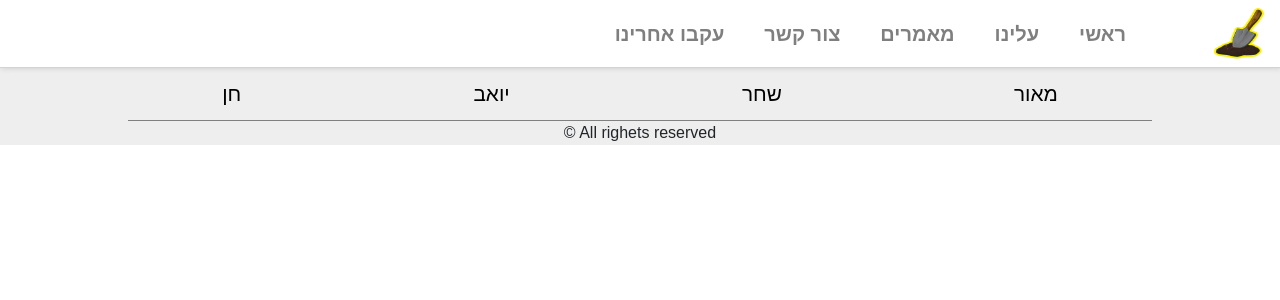
Repository: yoavBenZion/Blog-Zubi
Page: articlesPage.html
An editor plug-in stored every save of this project. The page is shown before and after the next save, followed by the edit.
The browser window is 1280 px wide. The pictures show the whole page.
Some web fonts or font styles are not loaded; a fallback is used. Some web libraries are served in a nearby version.

Above is the page before, as saved 2017-10-26 11:22:50.

### articlesPage.html
<!DOCTYPE html>
<html lang="he">

<head>
    <meta charset="UTF-8">
    <meta name="viewport" content="width=device-width, initial-scale=1,user-scalable=no;">
    <title>החופרים</title>
    <link rel="stylesheet" href="https://maxcdn.bootstrapcdn.com/bootstrap/4.0.0-beta/css/bootstrap.min.css" integrity="sha384-/Y6pD6FV/Vv2HJnA6t+vslU6fwYXjCFtcEpHbNJ0lyAFsXTsjBbfaDjzALeQsN6M"
        crossorigin="anonymous">
    <link rel="stylesheet" href="https://maxcdn.bootstrapcdn.com/bootstrap/4.0.0-beta.2/css/bootstrap.min.css" integrity="sha384-PsH8R72JQ3SOdhVi3uxftmaW6Vc51MKb0q5P2rRUpPvrszuE4W1povHYgTpBfshb"
        crossorigin="anonymous">

    <script src="https://code.jquery.com/jquery-3.2.1.slim.min.js" integrity="sha384-KJ3o2DKtIkvYIK3UENzmM7KCkRr/rE9/Qpg6aAZGJwFDMVNA/GpGFF93hXpG5KkN"
        crossorigin="anonymous"></script>
    <script src="https://cdnjs.cloudflare.com/ajax/libs/popper.js/1.12.3/umd/popper.min.js" integrity="sha384-vFJXuSJphROIrBnz7yo7oB41mKfc8JzQZiCq4NCceLEaO4IHwicKwpJf9c9IpFgh"
        crossorigin="anonymous"></script>
    <script src="https://maxcdn.bootstrapcdn.com/bootstrap/4.0.0-beta.2/js/bootstrap.min.js" integrity="sha384-alpBpkh1PFOepccYVYDB4do5UnbKysX5WZXm3XxPqe5iKTfUKjNkCk9SaVuEZflJ"
        crossorigin="anonymous"></script>
    <link rel="stylesheet" href="css/Gridrispon.css" type="text/css">
    <link rel="stylesheet" href="css/header.css" type="text/css">
    <link rel="stylesheet" href="css/PopupRispon.css">
    <link rel="stylesheet" href="css/footer.css">
</head>

<body dir="rtl">
    <header>

        <nav class="navbar navbar-expand-sm navbar-light bg-faded">
            <button class="navbar-toggler" type="button" data-toggle="collapse" data-target="#nav-content" aria-controls="nav-content"
                aria-expanded="false" aria-label="Toggle navigation">
                <span class="navbar-toggler-icon"></span>
            </button>
            <div class="logo">
                <img src="./img/shovel-575661_1280.png">
            </div>
            <!-- Brand -->
            <a class="navbar-brand" href="#"> </a>

            <!-- Links -->
            <div class="collapse navbar-collapse" id="nav-content">
                <ul class="navbar-nav">
                    <li class="nav-item">
                        <a class="nav-link" href="#1">ראשי</a>
                    </li>
                    <li class="nav-item">
                        <a class="nav-link" href="#2">עלינו</a>
                    </li>
                    <li class="nav-item">
                        <a class="nav-link" href="#5">מאמרים</a>
                    </li>
                    <li class="nav-item">
                        <a class="nav-link" href="contact.html">צור קשר</a>
                    </li>
                    <li class="nav-item">
                        <a class="nav-link" href="subscribe.html">עקבו אחרינו</a>
                    </li>
                </ul>

            </div>

        </nav>

    </header>

    <body>


        <footer id="footer">
            <ul>
                <li class="box">
                    <a class="button" href="#popup3">
                        מאור
                    </a>
                </li>
                <li class="box">
                    <a class="button" href="#popup2">
                        שחר
                    </a>
                </li>
                <li class="box">
                    <a class="button" href="#popup1">
                        יואב
                    </a>
                </li>
                <li>
                    <a class="button" href="#popup4">
                        חן
                    </a>
                </li>
            </ul>
            </div>
            <!--yoav popup-->
            <div id="popup1" class="overlay">
                <div class="popup">
                    <h2>Yoav Benzion</h2>
                    <a class="close" href="#footer">&times;</a>
                    <div class="content">
                        <div class="footer-social-icons">
                            <img class="avatar" src="img/yoav.jfif">
                            <p>front end web developer</p>
                            <h4 class="_14">Follow me on:</h4>
                            <ul class="social-icons">
                                <li>
                                    <a href="https://www.facebook.com/yoav.benzion.5" target="_blank" class="social-icon">
                                        <i class="fa fa-facebook"></i>
                                    </a>
                                </li>
                                <li>
                                    <a href="https://twitter.com/Yoav_BenZion" target="_blank" class="social-icon">
                                        <i class="fa fa-twitter"></i>
                                    </a>
                                </li>
                                <li>
                                    <a href="https://github.com/yoavBenZion" target="_blank" class="social-icon">
                                        <i class="fa fa-github"></i>
                                    </a>
                                </li>
                                <li>
                                    <a href="https://codepen.io/yoavBZ/" target="_blank" class="social-icon">
                                        <i class="fa fa-codepen"></i>
                                    </a>
                                </li>
                                <li>
                                    <a href="https://www.linkedin.com/in/yoav-benzion-45818360/" target="_blank" class="social-icon">
                                        <i class="fa fa-linkedin"></i>
                                    </a>
                                </li>
                                <li>
                                    <a href="https://stackoverflow.com/users/8386160/yoav-b" target="_blank" class="social-icon">
                                        <i class="fa fa-stack-overflow"></i>
                                    </a>
                                </li>
                            </ul>
                        </div>
                    </div>
                </div>
            </div>
            <!--Shachar popup-->
            <div id="popup2" class="overlay">
                <div class="popup">
                    <h2>Shachar</h2>
                    <a class="close" href="#footer">&times;</a>
                    <div class="content">
                        <div class="footer-social-icons">
                            <img class="avatar" src="img/kid.jpg">
                            <p>front end web developer</p>
                            <h4 class="_14">Follow me on:</h4>
                            <ul class="social-icons">
                                <li>
                                    <a href="" class="social-icon">
                                        <i class="fa fa-facebook"></i>
                                    </a>
                                </li>
                                <li>
                                    <a href="" class="social-icon">
                                        <i class="fa fa-twitter"></i>
                                    </a>
                                </li>
                                <li>
                                    <a href="" class="social-icon">
                                        <i class="fa fa-github"></i>
                                    </a>
                                </li>
                                <li>
                                    <a href="" class="social-icon">
                                        <i class="fa fa-codepen"></i>
                                    </a>
                                </li>
                                <li>
                                    <a href="" class="social-icon">
                                        <i class="fa fa-linkedin"></i>
                                    </a>
                                </li>
                                <li>
                                    <a href="" class="social-icon">
                                        <i class="fa fa-stack-overflow"></i>
                                    </a>
                                </li>
                            </ul>
                        </div>
                    </div>
                </div>
            </div>

            <!--Maor popup-->

            <div id="popup3" class="overlay">
                <div class="popup">
                    <h2>Maor</h2>
                    <a class="close" href="#footer">&times;</a>
                    <div class="content">
                        <div class="footer-social-icons">
                            <img class="avatar" src="img/mona.jpg">
                            <p>front end web developer</p>
                            <h4 class="_14">Follow me on:</h4>
                            <ul class="social-icons">
                                <li>
                                    <a href="" class="social-icon">
                                        <i class="fa fa-facebook"></i>
                                    </a>
                                </li>
                                <li>
                                    <a href="" class="social-icon">
                                        <i class="fa fa-twitter"></i>
                                    </a>
                                </li>
                                <li>
                                    <a href="" class="social-icon">
                                        <i class="fa fa-github"></i>
                                    </a>
                                </li>
                                <li>
                                    <a href="" class="social-icon">
                                        <i class="fa fa-codepen"></i>
                                    </a>
                                </li>
                                <li>
                                    <a href="" class="social-icon">
                                        <i class="fa fa-linkedin"></i>
                                    </a>
                                </li>
                                <li>
                                    <a href="" class="social-icon">
                                        <i class="fa fa-stack-overflow"></i>
                                    </a>
                                </li>
                            </ul>
                        </div>
                    </div>
                </div>
            </div>

            <!--Chen popup-->
            <div id="popup4" class="overlay">
                <div class="popup">
                    <h2>Chen Ginsberg</h2>
                    <a class="close" href="#footer">&times;</a>
                    <div class="content">
                        <!--          <div class="footer-social-icons">-->
                        <img class="avatar" src="img/MINER.jpg">
                        <p>front end web developer</p>
                        <h4 class="_14">Follow me on:</h4>
                        <ul class="social-icons">
                            <li>
                                <a href="https://www.facebook.com/chenogi" class="social-icon">
                                    <i class="fa fa-facebook"></i>
                                </a>
                            </li>
                            <li>
                                <a href="https://github.com/ChenGinsberg?" class="social-icon">
                                    <i class="fa fa-github"></i>
                                </a>
                            </li>
                            <li>
                                <a href="https://www.linkedin.com/in/chen-ginsberg-8829a713b/" class="social-icon">
                                    <i class="fa fa-linkedin"></i>
                                </a>
                            </li>
                            <li>
                                <a href="https://stackoverflow.com/users/8377318/chen-ginsberg" class="social-icon">
                                    <i class="fa fa-stack-overflow"></i>
                                </a>
                            </li>
                        </ul>
                    </div>
                </div>
            </div>



            <div class="footer-bottem" dir="ltr">&copy; All righets reserved </div>
        </footer>
        <script src="https://code.jquery.com/jquery-3.2.1.slim.min.js" integrity="sha384-KJ3o2DKtIkvYIK3UENzmM7KCkRr/rE9/Qpg6aAZGJwFDMVNA/GpGFF93hXpG5KkN"
            crossorigin="anonymous"></script>
        <script src="https://cdnjs.cloudflare.com/ajax/libs/popper.js/1.11.0/umd/popper.min.js" integrity="sha384-b/U6ypiBEHpOf/4+1nzFpr53nxSS+GLCkfwBdFNTxtclqqenISfwAzpKaMNFNmj4"
            crossorigin="anonymous"></script>
        <script src="https://maxcdn.bootstrapcdn.com/bootstrap/4.0.0-beta/js/bootstrap.min.js" integrity="sha384-h0AbiXch4ZDo7tp9hKZ4TsHbi047NrKGLO3SEJAg45jXxnGIfYzk4Si90RDIqNm1"
            crossorigin="anonymous"></script>
    </body>

</html>

### css/footer.css
@import url(http://fonts.googleapis.com/earlyaccess/alefhebrew.css);
footer {
  background-color: #eee;
  text-align: center;
  font-family: "Alef Hebrew", sans-serif;
  font-size: 1.3rem;
}

footer ul {
  display: flex;
  flex-direction: row;
  padding-right: 0;
  justify-content: space-evenly;
}

footer ul>li {
  list-style: none;
  padding: 10px;
  /*  background-color: #29C3FF;*/
}

footer ul>li:nth-child(odd) {
  color: #93A2A8;
}

footer ul>li:nth-child(even) {
  color: #E2DDE7;
}

footer ul>li:hover {
  background-color: #fff;
  /*  flex: 1;*/
  /*  font-size: 1.5rem;*/
  color: #E2DD11;
  /*  background-repeat: no-repeat;*/
}


/*
footer ul {
  display: grid;
  grid-template-columns: repeat(4, 1fr);
  grid-auto-rows:minmax(50px, auto);
  margin-right: -40px;
 grid-gap: 0.5em;
}
*/

.about,
.footer-bottem {
  text-align: center;
  width: 80%;
  margin: 0 auto;
}

.about {
  border-bottom: 1px dotted black;
}

.footer-bottem {
  border-top: 0.5px solid grey;
  font-size: 1rem;
}

Loaded but not shown: css/PopupRispon.css (986 lines, source omitted); css/Gridrispon.css (977 lines, source omitted); css/header.css (no stored copy; drawn as an empty file)

After the next save:
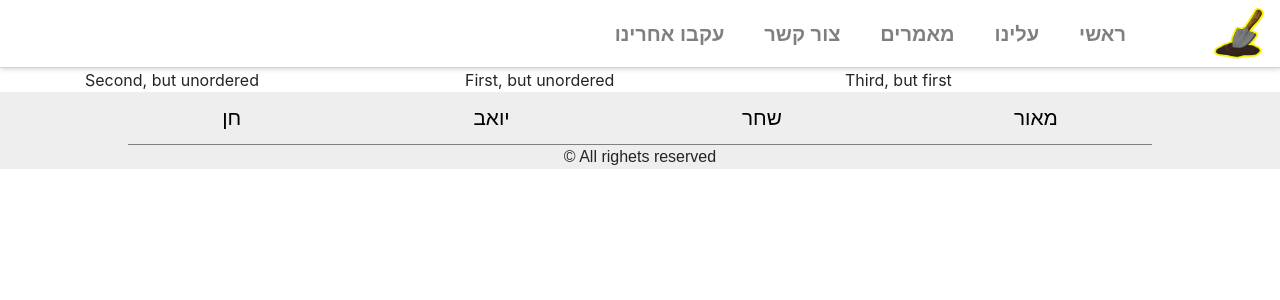
Saved 9 s later.
--- a/articlesPage.html
+++ b/articlesPage.html
@@ -63,7 +63,19 @@
     </header>
 
     <body>
-
+        <div class="container">
+            <div class="row">
+                <div class="col">
+                    First, but unordered
+                </div>
+                <div class="col">
+                    Second, but unordered
+                </div>
+                <div class="col order-first">
+                    Third, but first
+                </div>
+            </div>
+        </div>
 
         <footer id="footer">
             <ul>
